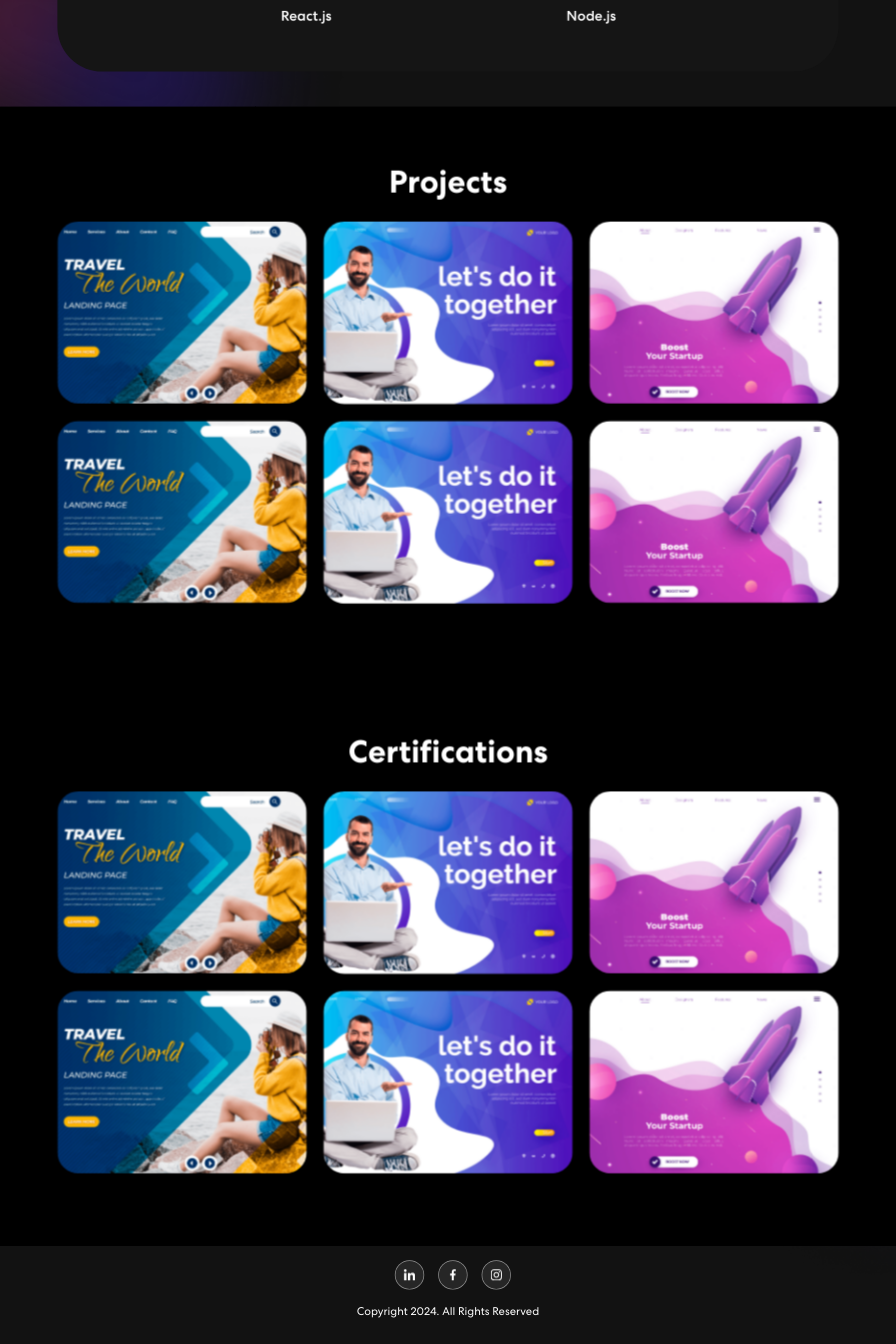
Repository: ChakerChourouk/personal-portfolio
Page: /
The author's editor kept a copy of each file at every save. The page is drawn from the files as they stood at one save, then again after a run of saves.
The browser window is 1280 px wide. The pictures show the part of the page from y = 1225 to 3145 px (the page is 3145 px tall before and 3103 px after), at 70% of full size.
The project was rebuilt for these pictures with package versions that can differ from the ones it lists, and the page was loaded fresh each time.

Above is the page before, as saved 2024-09-15 21:03:28.

### src/App.js
import logo from './logo.svg';
import './App.css';
import 'bootstrap/dist/css/bootstrap.min.css';
import { NavBar } from "./components/NavBar";
import { Banner } from "./components/Banner";
import { Skills } from "./components/Skills";
import { Projects } from "./components/Projects";
import { Footer } from "./components/Footer";
import { Certifications } from "./components/Certifications";

function App() {
  return (
    <div className="App">
      <NavBar />
      <Banner />
      <Skills />
      <Projects />
      <Certifications/>
      <Footer />
    </div>
  );
}

export default App;

### src/App.css
/************ Custom Font ************/
@font-face {
	font-family: Centra;
	src: url('./assets/font/CentraNo2-Bold.ttf');
	font-weight: 700;
}
@font-face {
	font-family: Centra;
	src: url('./assets/font/CentraNo2-Medium.ttf');
	font-weight: 500;
}
@font-face {
	font-family: Centra;
	src: url('./assets/font/CentraNo2-Book.ttf');
	font-weight: 400;
}

/************ Default Css ************/
* {
  margin: 0;
  padding: 0;
  box-sizing: border-box;
}

html {
  scroll-behavior: smooth;
  scroll-padding-top: 75px;
}

body {
  font-weight: 400;
  overflow-x: hidden;
  position: relative;
  background-color: #121212 !important;
  color: #fff !important;
  font-family: 'Centra', sans-serif !important;
}

h1, h2, h3, h4, h5, h6 {
  margin: 0;
  padding: 0;
  line-height: normal;
}

p, a, li, button, ul {
  margin: 0;
  padding: 0;
  line-height: normal;
  text-decoration: none;
}

a:hover {
  text-decoration: none;
}

img {
  width: 100%;
  height: auto;
}

button {
  border: 0;
  background-color: transparent;
}

input:focus, textarea:focus, select:focus {
  outline: none;
}

@media (min-width:1700px) {
	main .container {
		max-width: 100%;
		padding: 0 150px;
	}
}

p.success {
	color: green;
}

p.danger {
	color: red;
}
/************ Navbar Css ************/
nav.navbar {
  padding: 18px 0;
  position: fixed;
  width: 100%;
  top: 0;
  z-index: 9999;
  transition:  0.32s ease-in-out;
}
nav.navbar.scrolled {
  padding: 0px 0;
  background-color: #121212;
}
nav.navbar a.navbar-brand {
    width: 9%;
}
nav.navbar .navbar-nav .nav-link.navbar-link {
  font-weight: 400;
  color: #fff !important;
  letter-spacing: 0.8px;
  padding: 0 25px;
  font-size: 18px;
  opacity: 0.75;
}
nav.navbar .navbar-nav a.nav-link.navbar-link:hover,
nav.navbar .navbar-nav a.nav-link.navbar-link.active {
    opacity: 1;
}
span.navbar-text {
    display: flex;
    align-items: center;
}
.social-icon {
    display: inline-block;
    margin-left: 14px;
}
.social-icon a {
    width: 42px;
    height: 42px;
    background: rgba(217, 217, 217, 0.1);
    display: inline-flex;
    border-radius: 50%;
    margin-right: 6px;
    align-items: center;
    justify-content: center;
    line-height: 1;
    border: 1px solid rgba(255, 255, 255, 0.5);
}
.social-icon a::before {
    content: "";
    width: 42px;
    height: 42px;
    position: absolute;
    background-color: #ffffff;
    border-radius: 50%;
    transform: scale(0);
	transition: 0.3s ease-in-out;
}
.social-icon a:hover::before {
    transform: scale(1);
}
.social-icon a img {
	width: 40%;
	z-index: 1;
	transition: 0.3s ease-in-out;
}
.social-icon a:hover img {
	filter: brightness(0) saturate(100%) invert(0%) sepia(7%) saturate(98%) hue-rotate(346deg) brightness(95%) contrast(86%);
}
.navbar-text button {
  font-weight: 700;
  color: #fff;
  border: 1px solid #fff;
  padding: 18px 34px;
  font-size: 18px;
  margin-left: 18px;
	position: relative;
	background-color: transparent;
	transition: 0.3s ease-in-out;
}
.navbar-text button span {
  z-index: 1;
}
.navbar-text button::before {
  content: "";
  width: 0%;
  height: 100%;
  position: absolute;
  background-color: #fff;
  left: 0;
  top: 0;
  z-index: -1;
  transition: 0.3s ease-in-out;
}
.navbar-text button:hover {
  color: #121212;
}
.navbar-text button:hover::before {
	content: "";
	width: 100%;
	height: 100%;
	position: absolute;
}
nav.navbar .navbar-toggler:active,
nav.navbar .navbar-toggler:focus {
	outline: none;
    box-shadow: none;
}
nav.navbar .navbar-toggler-icon {
  width: 24px;
  height: 17px;
  background-image: none;
  position: relative;
  border-bottom: 2px solid #fff;
  transition: all 300ms linear;
  top: -2px;
}
nav.navbar .navbar-toggler-icon:focus {
	border-bottom: 2px solid #fff;
}
nav.navbar .navbar-toggler-icon:after,
nav.navbar .navbar-toggler-icon:before {
	width: 24px;
	position: absolute;
	height: 2px;
	background-color: #fff;
	top: 0;
	left: 0;
	content: '';
	z-index: 2;
	transition: all 300ms linear;
}
nav.navbar .navbar-toggler-icon:after {
	top: 8px;
}
nav.navbar .navbar-toggler[aria-expanded="true"] .navbar-toggler-icon:after {
	transform: rotate(45deg);
	background-color: #fff;
	height: 2px;
}
nav.navbar .navbar-toggler[aria-expanded="true"] .navbar-toggler-icon:before {
	transform: translateY(8px) rotate(-45deg);
	background-color: #fff;
	height: 2px;
}
nav.navbar .navbar-toggler[aria-expanded="true"] .navbar-toggler-icon {
	border-color: transparent;
}

/************ Banner Css ************/
.banner {
  margin-top: 0;
  padding: 260px 0 100px 0;
  background-image: url('./assets/img/banner-bg.png');
  background-position: top center;
  background-size: cover;
  background-repeat: no-repeat;
}
.banner .tagline {
  font-weight: 700;
  letter-spacing: 0.8px;
  padding: 8px 10px;
  background: linear-gradient(90.21deg, rgba(170, 54, 124, 0.5) -5.91%, rgba(74, 47, 189, 0.5) 111.58%);
  border: 1px solid rgba(255, 255, 255, 0.5);
  font-size: 20px;
  margin-bottom: 16px;
  display: inline-block;
}
.banner h1 {
  font-size: 65px;
  font-weight: 700;
  letter-spacing: 0.8px;
  line-height: 1;
  margin-bottom: 20px;
  display: block;
}
.banner p {
  color: #B8B8B8;
  font-size: 18px;
  letter-spacing: 0.8px;
  line-height: 1.5em;
  width: 96%;
}
.banner button {
  color: #fff;
  font-weight: 700;
  font-size: 20px;
  margin-top: 60px;
  letter-spacing: 0.8px;
  display: flex;
  align-items: center;
}
.banner button svg {
  font-size: 25px;
  margin-left: 10px;
  transition: 0.3s ease-in-out;
  line-height: 1;
}
.banner button:hover svg {
  margin-left: 25px;
}
.banner img {
  animation: updown 3s linear infinite;
}
@keyframes updown {
    0% {
        transform: translateY(-20px);
    }
    50% {
        transform: translateY(20px);
    }
    100% {
        transform: translateY(-20px);
    }
}
.txt-rotate > .wrap {
  border-right: 0.08em solid #666;
}

/************ Skills Css ************/
.skill {
  padding: 0 0 50px 0;
  position: relative;
}
.skill-bx {
  background: #151515;
  border-radius: 64px;
  text-align: center;
  padding: 60px 50px;
  margin-top: -60px;
}
.skill h2 {
	font-size: 45px;
	font-weight: 700;
}
.skill p {
    color: #B8B8B8;
    font-size: 18px;
    letter-spacing: 0.8px;
    line-height: 1.5em;
    margin: 14px 0 75px 0;
}
.skill-slider {
  width: 80%;
  margin: 0 auto;
  position: relative;
}
.skill-slider .item img {
  width: 50%;
  margin: 0 auto 15px auto;
}
.background-image-left {
  top: 28%;
  position: absolute;
  bottom: 0;
  width: 40%;
  z-index: -4;
}

/************ Projects Css ************/
.project {
  padding: 80px 0;
  position: relative;
  background-color: black;
}
.project h2 {
	font-size: 45px;
	font-weight: 700;
  text-align: center;
}
.project p {
  color: #B8B8B8;
  font-size: 18px;
  letter-spacing: 0.8px;
  line-height: 1.5em;
  margin: 14px auto 30px auto;
  text-align: center;
  width: 56%;
}
.project .nav.nav-pills {
  width: 72%;
  margin: 0 auto;
  border-radius: 50px;
  background-color: rgb(255 255 255 / 10%);
  overflow: hidden;
}
.project .nav.nav-pills .nav-item {
  width: 33.33333%;
}
.project .nav.nav-pills .nav-link {
  background-color: transparent;
  border-radius: 0;
  padding: 17px 0;
  color: #fff;
  width: 100%;
  font-size: 17px;
  letter-spacing: 0.8px;
  font-weight: 500;
  position: relative;
  transition: 0.3s ease-in-out;
  text-align: center;
  z-index: 0;
}
.project .nav.nav-pills .nav-link::before {
    content: "";
    position: absolute;
    width: 0;
    height: 100%;
    background: linear-gradient(90.21deg, #AA367C -5.91%, #4A2FBD 111.58%);
    top: 0;
    left: 0;
    z-index: -1;
    transition: 0.3s ease-in-out;
}
.project .nav.nav-pills .nav-link.active::before {
    width: 100% !important;
}
.project .nav.nav-pills .nav-link.active {
    border: 1px solid rgba(255, 255, 255, 1);
}
.nav-link#projects-tabs-tab-first {
  border: 1px solid rgba(255, 255, 255, 0.5);
  border-radius: 55px 0px 0px 55px;
}
.nav-link#projects-tabs-tab-second {
  border-top: 1px solid rgba(255, 255, 255, 0.5);
  border-bottom: 1px solid rgba(255, 255, 255, 0.5);
}
.nav-link#projects-tabs-tab-third {
  border: 1px solid rgba(255, 255, 255, 0.5);
  border-radius: 0 55px 55px 0;
}
.proj-imgbx {
  position: relative;
  border-radius: 30px;
  overflow: hidden;
  margin-bottom: 24px;
}
.proj-imgbx::before {
  content: "";
  background: linear-gradient(90.21deg, #AA367C -5.91%, #4A2FBD 111.58%);
  opacity: 0.85;
  position: absolute;
  width: 100%;
  height: 0;
  transition: 0.4s ease-in-out;
}
.proj-imgbx:hover::before {
  height: 100%;
}
.proj-txtx {
  position: absolute;
  text-align: center;
  top: 65%;
  left: 50%;
  transform: translate(-50%, -50%);
  transition: 0.5s ease-in-out;
  opacity: 0;
  width: 100%;
}
.proj-imgbx:hover .proj-txtx {
  top: 50%;
  opacity: 1;
}
.proj-txtx h4 {
  font-size: 30px;
  font-weight: 700;
  letter-spacing: 0.8px;
  line-height: 1.1em;
}
.proj-txtx span {
  font-style: italic;
  font-weight: 400;
  font-size: 15px;
  letter-spacing: 0.8px;
}
.background-image-right {
  top: 20%;
  position: absolute;
  bottom: 0;
  width: 35%;
  right: 0;
  z-index: -4;
}

/************ Projects Css ************/
.contact {
  background: linear-gradient(90.21deg, #AA367C -5.91%, #4A2FBD 111.58%);
  padding: 60px 0 200px 0;
}
.contact img {
  width: 92%;
}
.contact h2 {
	font-size: 45px;
	font-weight: 700;
  margin-bottom: 30px;
}
.contact form input, .contact form textarea {
  width: 100%;
  background: rgba(255, 255, 255, 0.1);
  border: 1px solid rgba(255, 255, 255, 0.5);
  border-radius: 20px;
  color: #fff;
  margin: 0 0 8px 0;
  padding: 18px 26px;
  font-weight: 500;
  font-size: 18px;
  letter-spacing: 0.8px;
  transition: 0.3s ease-in-out;
}
.contact form input:focus, .contact form textarea:focus {
  background: rgba(255, 255, 255, 1);
  color: #121212;
}
.contact form input::placeholder, .contact form textarea::placeholder {
  font-size: 16px;
  font-weight: 400;
  color: #fff;
}
.contact form input:focus::placeholder, .contact form textarea:focus::placeholder {
  color: #121212;
  opacity: 0.8;
}
.contact form button {
  font-weight: 700;
  color: #000;
  background-color: #fff;
  padding: 14px 48px;
  font-size: 18px;
  margin-top: 25px;
  border-radius: 0;
  position: relative;
  transition: 0.3s ease-in-out;
}
.contact form button span {
  z-index: 1;
  position: relative;
}
.contact form button:hover {
  color: #fff;
}
.contact form button::before {
  content: "";
  background: #121212;
  width: 0;
  height: 100%;
  position: absolute;
  top: 0;
  left: 0;
  z-index: 0;
  transition: 0.3s ease-in-out;
}
.contact form button:hover::before {
  width: 100%;
}

/************ Footer Css ************/

.footer {
  padding: 20px 0;
}

.social-icon a {
  margin: 0 10px;
}

/* Add margin to create space between icons and the text */
.text-center p {
  margin-top: 20px; /* Adjust the value for more or less space */
}


.welcome {
    font-weight: 400;
    color: #fff !important;
    letter-spacing: 0.8px;
    padding: 0 25px;
    font-size: 18px;
    opacity: 0.75;
}

### src/components/NavBar.js
import { useState, useEffect } from "react";
import { Navbar, Nav, Container } from "react-bootstrap";
import {
  BrowserRouter as Router
} from "react-router-dom";

export const NavBar = () => {

  const [activeLink, setActiveLink] = useState('home');
  const [scrolled, setScrolled] = useState(false);

  useEffect(() => {
    const onScroll = () => {
      if (window.scrollY > 50) {
        setScrolled(true);
      } else {
        setScrolled(false);
      }
    }

    window.addEventListener("scroll", onScroll);

    return () => window.removeEventListener("scroll", onScroll);
  }, [])

  const onUpdateActiveLink = (value) => {
    setActiveLink(value);
  }

  return (
    <Router>
      <Navbar expand="md" className={scrolled ? "scrolled" : ""}>
        <Container>
         {/* <Navbar.Brand href="/">
            <img src={logo} alt="Logo" />
          </Navbar.Brand>*/}
          <span className="welcome">Welcome to my Portfolio<span role="img" aria-label="waving hand"> 👋</span> </span>
          <Navbar.Toggle aria-controls="basic-navbar-nav">
            <span className="navbar-toggler-icon"></span>
          </Navbar.Toggle>
          <Navbar.Collapse id="basic-navbar-nav">
            <Nav className="ms-auto">
              <Nav.Link href="#home" className={activeLink === 'home' ? 'active navbar-link' : 'navbar-link'} onClick={() => onUpdateActiveLink('home')}>Home</Nav.Link>
              <Nav.Link href="#skills" className={activeLink === 'skills' ? 'active navbar-link' : 'navbar-link'} onClick={() => onUpdateActiveLink('skills')}>Skills</Nav.Link>
              <Nav.Link href="#projects" className={activeLink === 'projects' ? 'active navbar-link' : 'navbar-link'} onClick={() => onUpdateActiveLink('projects')}>Projects</Nav.Link>
              <Nav.Link href="#contacts" className={activeLink === 'certification' ? 'active navbar-link' : 'navbar-link'} onClick={() => onUpdateActiveLink('certification')}>Certifications</Nav.Link>
              <Nav.Link href="#contacts" className={activeLink === 'contacts' ? 'active navbar-link' : 'navbar-link'} onClick={() => onUpdateActiveLink('projects')}>Contacts</Nav.Link>
            </Nav>
            {/*<span className="navbar-text">
              <div className="social-icon">
                <a href="#"><img src={navIcon1} alt="" /></a>
                <a href="#"><img src={navIcon2} alt="" /></a>
                <a href="#"><img src={navIcon3} alt="" /></a>
              </div>
            </span>*/}
          </Navbar.Collapse>
        </Container>
      </Navbar>
    </Router>
  )
}

### src/components/Projects.js
import { Container, Row, Col, Tab, Nav } from "react-bootstrap";
import { ProjectCard } from "./ProjectCard";
import projImg1 from "../assets/img/project-img1.png";
import projImg2 from "../assets/img/project-img2.png";
import projImg3 from "../assets/img/project-img3.png";
import colorSharp2 from "../assets/img/color-sharp2.png";
import 'animate.css';
import TrackVisibility from 'react-on-screen';

export const Projects = () => {

  const projects = [
    {
      title: "Business Startup",
      description: "Design & Development",
      imgUrl: projImg1,
    },
    {
      title: "Business Startup",
      description: "Design & Development",
      imgUrl: projImg2,
    },
    {
      title: "Business Startup",
      description: "Design & Development",
      imgUrl: projImg3,
    },
    {
      title: "Business Startup",
      description: "Design & Development",
      imgUrl: projImg1,
    },
    {
      title: "Business Startup",
      description: "Design & Development",
      imgUrl: projImg2,
    },
    {
      title: "Business Startup",
      description: "Design & Development",
      imgUrl: projImg3,
    },
  ];

  return (
    <section className="project" id="projects">
      <Container>
        <Row>
          <Col size={12}>
            <TrackVisibility>
              {({ isVisible }) =>
              <div className={isVisible ? "animate__animated animate__fadeIn": ""}>
                <h2>Projects</h2>
                <p>  </p>
                <Tab.Container id="projects-tabs" defaultActiveKey="first">
                  <Tab.Content id="slideInUp" className={isVisible ? "animate__animated animate__slideInUp" : ""}>
                    <Tab.Pane eventKey="first">
                      <Row>
                        {
                          projects.map((project, index) => {
                            return (
                              <ProjectCard
                                key={index}
                                {...project}
                                />
                            )
                          })
                        }
                      </Row>
                    </Tab.Pane>
                  </Tab.Content>
                </Tab.Container>
              </div>}
            </TrackVisibility>
          </Col>
        </Row>
      </Container>
      <img className="background-image-right" src={colorSharp2}></img>
    </section>
  )
}

### src/components/Footer.js
import { Container, Row, Col } from "react-bootstrap";
import logo from "../assets/img/logo.svg";
import navIcon1 from "../assets/img/nav-icon1.svg";
import navIcon2 from "../assets/img/nav-icon2.svg";
import navIcon3 from "../assets/img/nav-icon3.svg";

export const Footer = () => {
  return (
    <footer className="footer" id="contacts" >
      <Container>
        <Row className="align-items-center justify-content-center">
          <Col size={12} sm={6} className="text-center">
            <div className="social-icon">
              <a href="https://www.linkedin.com/in/chaker-chourouk-a32841257/"><img src={navIcon1} alt="Icon" /></a>
              <a href="#"><img src={navIcon2} alt="Icon" /></a>
              <a href="#"><img src={navIcon3} alt="Icon" /></a>
            </div>
            <p>Copyright 2024. All Rights Reserved</p>
          </Col>
        </Row>
      </Container>
    </footer>
  );
};

### src/components/Certifications.js
import { Container, Row, Col, Tab, Nav } from "react-bootstrap";
import { ProjectCard } from "./ProjectCard";
import projImg1 from "../assets/img/project-img1.png";
import projImg2 from "../assets/img/project-img2.png";
import projImg3 from "../assets/img/project-img3.png";
import colorSharp2 from "../assets/img/color-sharp2.png";
import 'animate.css';
import TrackVisibility from 'react-on-screen';

export const Certifications = () => {

  const projects = [
    {
      title: "Business Startup",
      description: "Design & Development",
      imgUrl: projImg1,
    },
    {
      title: "Business Startup",
      description: "Design & Development",
      imgUrl: projImg2,
    },
    {
      title: "Business Startup",
      description: "Design & Development",
      imgUrl: projImg3,
    },
    {
      title: "Business Startup",
      description: "Design & Development",
      imgUrl: projImg1,
    },
    {
      title: "Business Startup",
      description: "Design & Development",
      imgUrl: projImg2,
    },
    {
      title: "Business Startup",
      description: "Design & Development",
      imgUrl: projImg3,
    },
  ];

  return (
    <section className="project" id="certification">
      <Container>
        <Row>
          <Col size={12}>
            <TrackVisibility>
              {({ isVisible }) =>
              <div className={isVisible ? "animate__animated animate__fadeIn": ""}>
                <h2>Certifications</h2>
                <p>  </p>
                <Tab.Container id="projects-tabs" defaultActiveKey="first">
                  <Tab.Content id="slideInUp" className={isVisible ? "animate__animated animate__slideInUp" : ""}>
                    <Tab.Pane eventKey="first">
                      <Row>
                        {
                          projects.map((project, index) => {
                            return (
                              <ProjectCard
                                key={index}
                                {...project}
                                />
                            )
                          })
                        }
                      </Row>
                    </Tab.Pane>
                  </Tab.Content>
                </Tab.Container>
              </div>}
            </TrackVisibility>
          </Col>
        </Row>
      </Container>
      <img className="background-image-right" src={colorSharp2}></img>
    </section>
  )
}

Loaded but not shown: public/index.html (common file); src/index.js (common file); src/index.css (common file); src/reportWebVitals.js (common file); src/components/ProjectCard.js (common file); src/components/Skills.js (72 lines, source omitted); src/components/Banner.js (75 lines, source omitted)

After the next 5 saves:
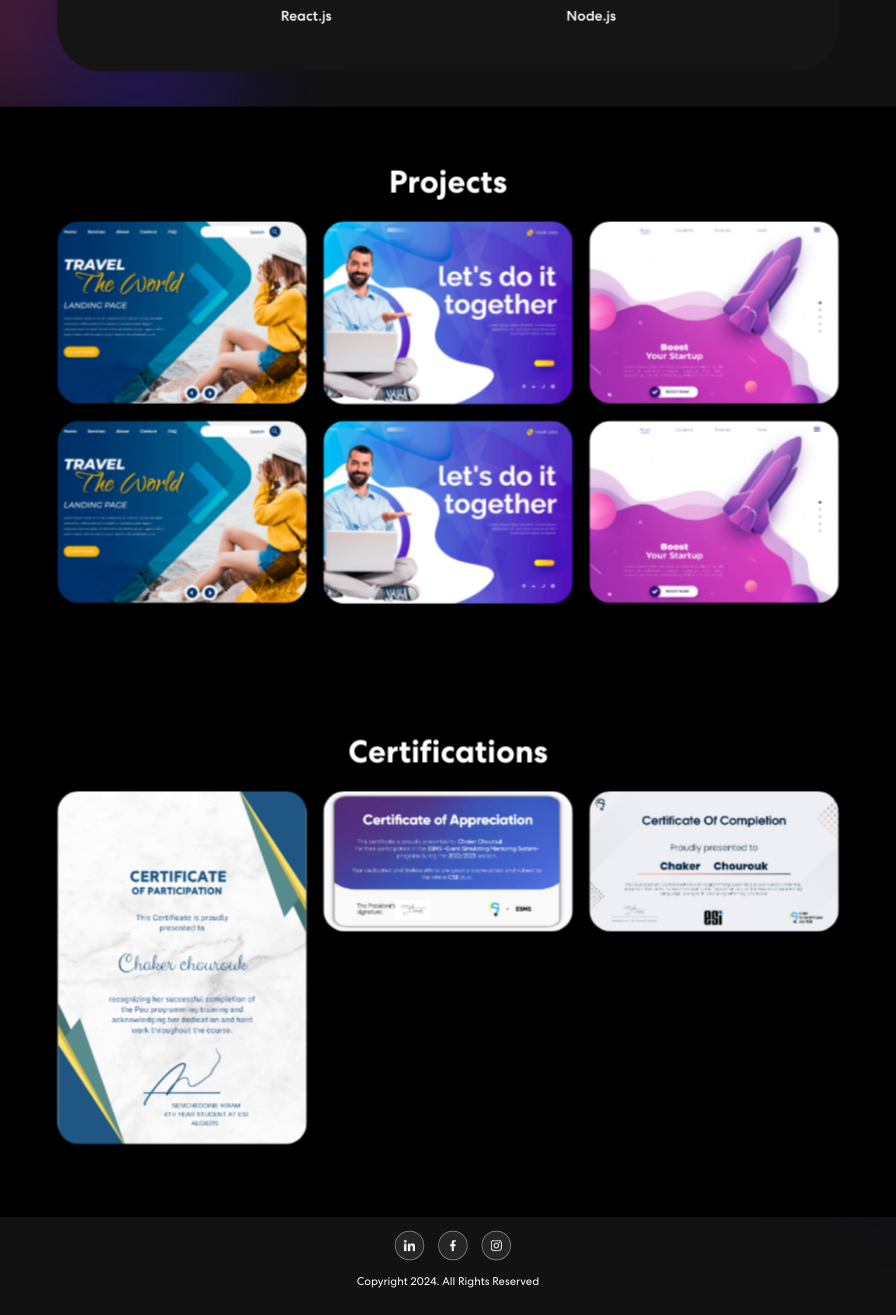
The 5 saves are shown as one change because 4 did not build or start.
The last was saved 3 days later.
--- a/src/components/Certifications.js
+++ b/src/components/Certifications.js
@@ -1,8 +1,10 @@
 import { Container, Row, Col, Tab, Nav } from "react-bootstrap";
 import { ProjectCard } from "./ProjectCard";
-import projImg1 from "../assets/img/project-img1.png";
-import projImg2 from "../assets/img/project-img2.png";
-import projImg3 from "../assets/img/project-img3.png";
+import certificat1 from "../assets/img/Certificat1.png";
+import certificat2 from "../assets/img/Certificat2.jpg";
+import certificat3 from "../assets/img/Certificat3.jpg";
+/*import certificat4 from "../assets/img/Cert";
+import certificat5 from "../assets/img/Certificat3.png";*/
 import colorSharp2 from "../assets/img/color-sharp2.png";
 import 'animate.css';
 import TrackVisibility from 'react-on-screen';
@@ -13,33 +15,18 @@ export const Certifications = () => {
     {
       title: "Business Startup",
       description: "Design & Development",
-      imgUrl: projImg1,
+      imgUrl: certificat1,
     },
     {
       title: "Business Startup",
       description: "Design & Development",
-      imgUrl: projImg2,
+      imgUrl: certificat2,
     },
     {
       title: "Business Startup",
       description: "Design & Development",
-      imgUrl: projImg3,
-    },
-    {
-      title: "Business Startup",
-      description: "Design & Development",
-      imgUrl: projImg1,
-    },
-    {
-      title: "Business Startup",
-      description: "Design & Development",
-      imgUrl: projImg2,
-    },
-    {
-      title: "Business Startup",
-      description: "Design & Development",
-      imgUrl: projImg3,
-    },
+      imgUrl: certificat3,
+    }
   ];
 
   return (
